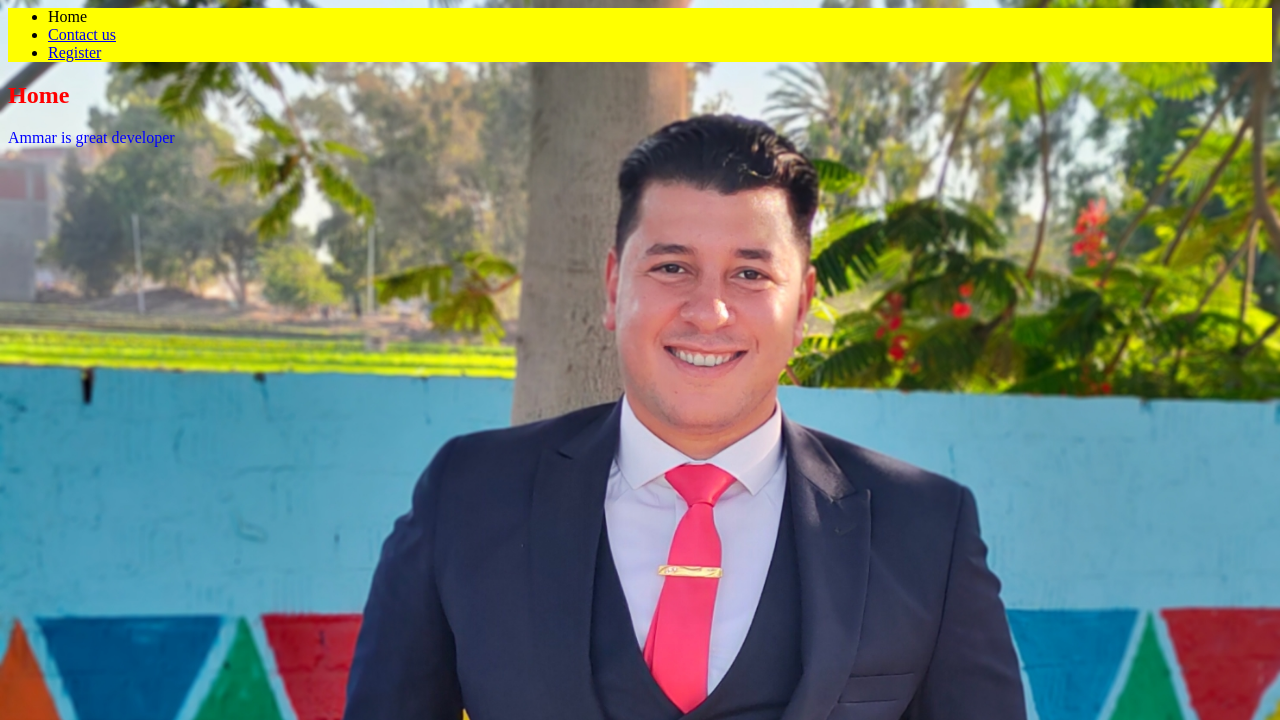
Repository: engammar111/css
Page: index.html
An editor plug-in stored every save of this project. The page is shown before and after the next save, followed by the edit.
The browser window is 1280 px wide. The pictures show the whole page.

Above is the page before, as saved 2021-07-31 15:47:41.

### index.html
<html lang="en">
  <head>
    <link rel="stylesheet" href="style.css" />
    <title>css</title>
  </head>
  <body>
    <header>
      <nav>
        <ul>
          <li>Home</li>
          <li><a href="contactus.html">Contact us</a></li>
          <li><a href="register">Register</a></li>
        </ul>
      </nav>
    </header>
    <section>
      <h1>Home</h1>
      <p>Ammar is great developer</p>
    </section>
  </body>
</html>

### style.css
/* Selector {
    property : value;
} */

body {
  background-image: url(myimage.jpg);
  background-size: cover;
}
header {
  background-color: yellow;
}
h1 {
  color: red;
}

p {
  color: green;
}
p {
  color: blue;
}

After the next save:
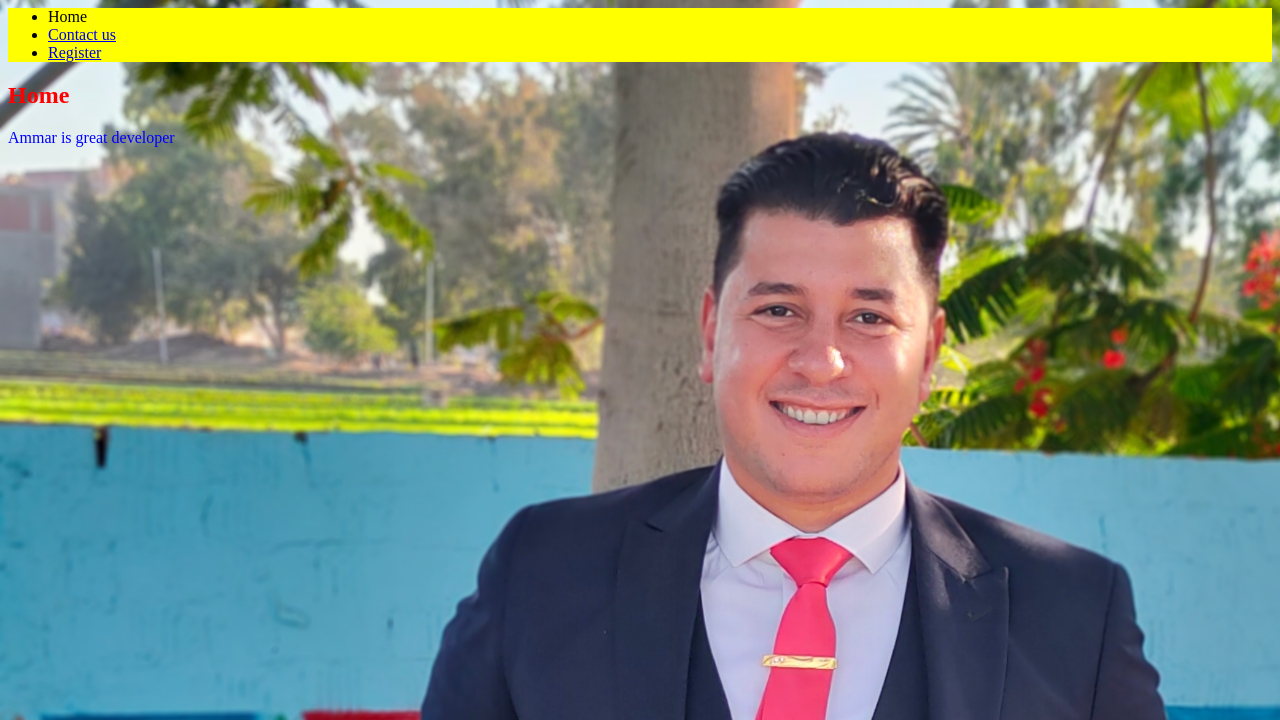
Saved 4 s later.
--- a/style.css
+++ b/style.css
@@ -4,7 +4,7 @@
 
 body {
   background-image: url(myimage.jpg);
-  background-size: cover;
+  /* background-size: cover; */
 }
 header {
   background-color: yellow;

After the save that followed:
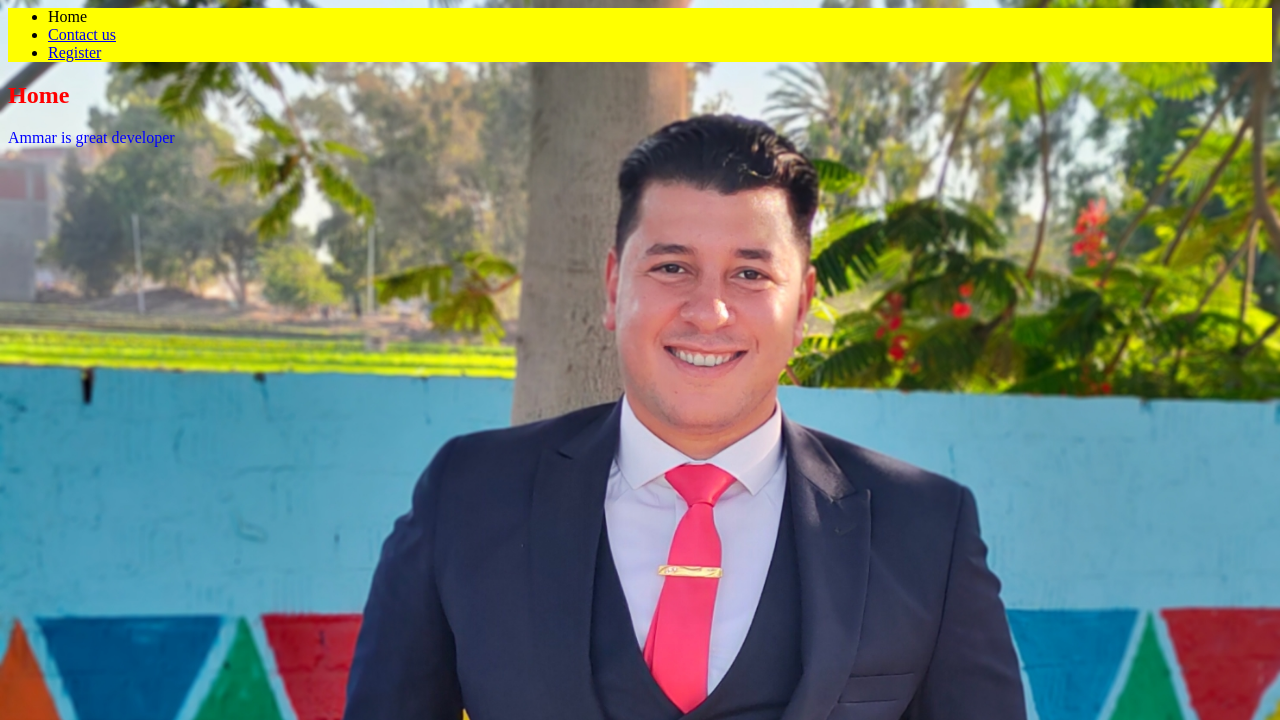
Saved 7 s later.
--- a/style.css
+++ b/style.css
@@ -4,7 +4,7 @@
 
 body {
   background-image: url(myimage.jpg);
-  /* background-size: cover; */
+  background-size: cover;
 }
 header {
   background-color: yellow;
